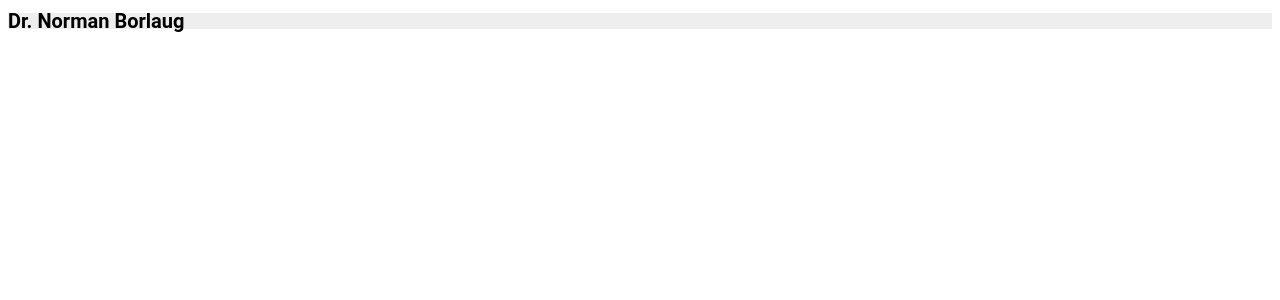
Repository: HTDuy01/github-demo
Page: freecodecamp/index.html
An editor plug-in stored every save of this project. The page is shown before and after the next save, followed by the edit.
The browser window is 1280 px wide. The pictures show the whole page.

Above is the page before, as saved 2021-11-17 20:01:57.

After the next save:
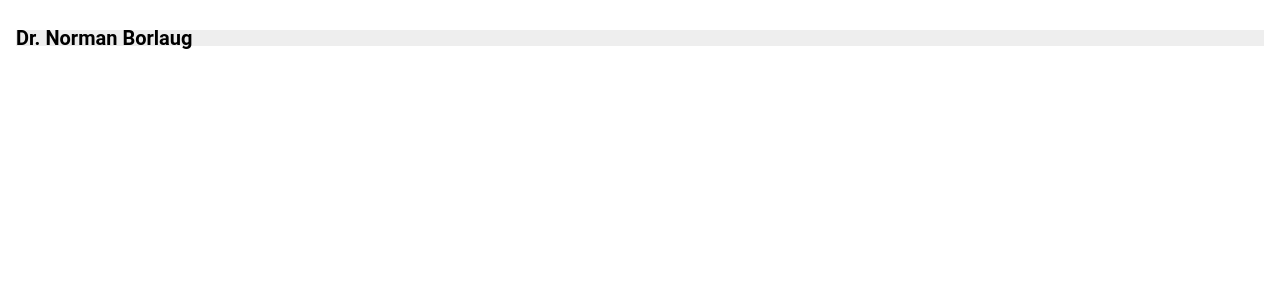
Saved 63 s later.
--- a/freecodecamp/assets/css/style.css
+++ b/freecodecamp/assets/css/style.css
@@ -1,4 +1,4 @@
 .main {
     background-color: #eee;
-    width: 100%;
+    margin: 30px 8px;
 }
